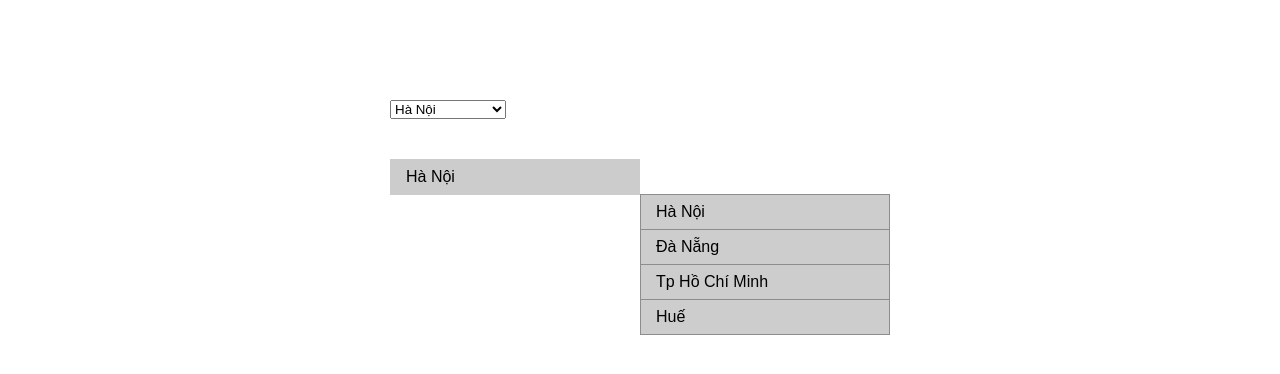
Repository: khanhbinh87/learnJs
Page: customSelect/index.html
The author's editor kept a copy of each file at every save. The page is drawn from the files as they stood at one save, then again after a run of saves.
The browser window is 1280 px wide. The pictures show the whole page.

Above is the page before, as saved 2021-06-16 14:23:50.

### customSelect/index.html
<!DOCTYPE html>
<html lang="en">
<head>
    <meta charset="UTF-8">
    <meta name="viewport" content="width=device-width, initial-scale=1.0">
    <title>Document</title>
    <link rel="stylesheet" href="style.css">
</head>
<body>
        <form action="">
            <select name="" id="" class="custom-select">
                <option value="hanoi">Hà Nội</option>
                <option value="danang" >Đà Nẵng</option>
                <option value="tphcm">Tp Hồ Chí Minh</option>
                <option value="hue" >Huế</option>
            </select>
            <!-- <div class="wrapper-selected">
                <div class="selected" my-value="">Text tam thoi</div>
                <ul class="list-options">
                    <li my-value="hanoi">Hà Nội</li>
                    <li my-value="danang">Đà Nẵng</li>
                    <li my-value="tphcm">Tp Hồ Chí Minh</li>
                    <li my-value="hue">Huế</li>
                </ul>
            </div> -->
        </form>
        <script src="main.js"></script>
</body>
</html>

### customSelect/style.css
*{
    margin: 0;
    padding: 0;
    box-sizing: border-box;
}
form{
    margin:50px auto;
    width: 500px;
}
body{
    padding: 50px;
}
.custom-select {
    margin-bottom: 40px;

}


.wrapper-selected{
    width: 250px;
    font-family:sans-serif;
    position: relative;
}
.wrapper-selected > .selected{
    border:1px solid #ccc;
    padding: 8px 15px;
    background-color: #ccc;
}
.wrapper-selected > .list-options{
    list-style: none;
    position: absolute;
    width: 100%;
    left:100%
}
.wrapper-selected > .list-options > li{
    padding: 8px 15px;
    background-color: #cdcdcd;
    border:1px solid #8d8d8d;
    margin-top: -1px;
    cursor: pointer;
    transition: all 0.5s;

}
.wrapper-selected > .list-options > li:hover{
    background-color: #999;
}

### customSelect/main.js
//tao div
//tao class
//tao div rong
//tao my-value
//tao text

var select = document.querySelector('.custom-select');
if(select){
    var listOptions = Array.from(select.querySelectorAll('option'))

    //tao div bao
    var divWrapper  = document.createElement('div');
        divWrapper.classList.add('wrapper-selected');

    //tao div select
    var divSelected = document.createElement('div');
        divSelected.classList.add('selected');


        if(listOptions.length > 0){
            divSelected.setAttribute('my-value',listOptions[0].getAttribute('value'))
            divSelected.innerText = listOptions[0].innerText

        }

    //tao ul li
    var ulElement = document.createElement('ul');
        ulElement.classList.add('list-options')

    //duyet tung listOptions
    listOptions.forEach(function(optionEl,index){
        var valueOption = optionEl.getAttribute('value');
        var textOption  = optionEl.innerText;

        //check co selected hay ko de tjay doi
        if(optionEl.getAttribute('selected') !== null){
            divSelected.setAttribute('my-value',valueOption)
            divSelected.innerText = textOption;
        }

        var liElement = document.createElement('li');
            liElement.setAttribute('my-value',valueOption);
            liElement.innerText = textOption;

            liElement.addEventListener('click',function(e){

                divSelected.setAttribute('my-value',this.getAttribute('my-value'));
                divSelected.innerText = this.innerText;


                var selectString = `option[value=${this.getAttribute('my-value')}]`


                if(select.querySelector('option[selected]')){
                    select.querySelector('option[selected]').removeAttribute('selected')
                }

                select.querySelector(selectString).setAttribute('selected',true);

                //listOptions[index].setAttribute('selected',true)
                // selectString.setAttribute('selected',true)

            })
            ulElement.append(liElement)

    })

    //appending
    divWrapper.append(divSelected);
    divWrapper.append(ulElement);
    document.body.appendChild(divWrapper);


    //chen div wrapper vao truoc hoac sau
    select.parentNode.insertBefore(divWrapper,select.nextSibling);

}

After the next 2 saves:
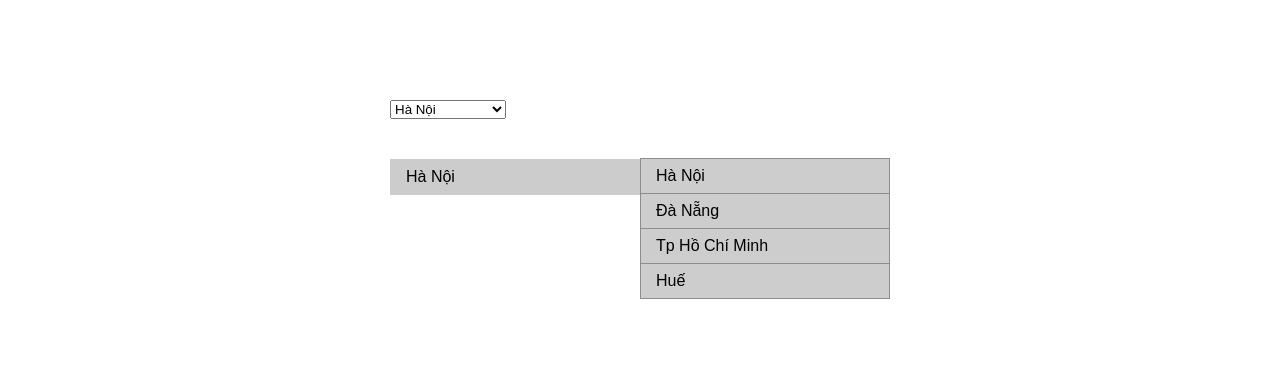
The 2 saves are shown as one change because they came seconds apart.
The last was saved 13 s later.
--- a/customSelect/style.css
+++ b/customSelect/style.css
@@ -30,7 +30,8 @@ body{
     list-style: none;
     position: absolute;
     width: 100%;
-    left:100%
+    left:100%;
+    top:0
 }
 .wrapper-selected > .list-options > li{
     padding: 8px 15px;
